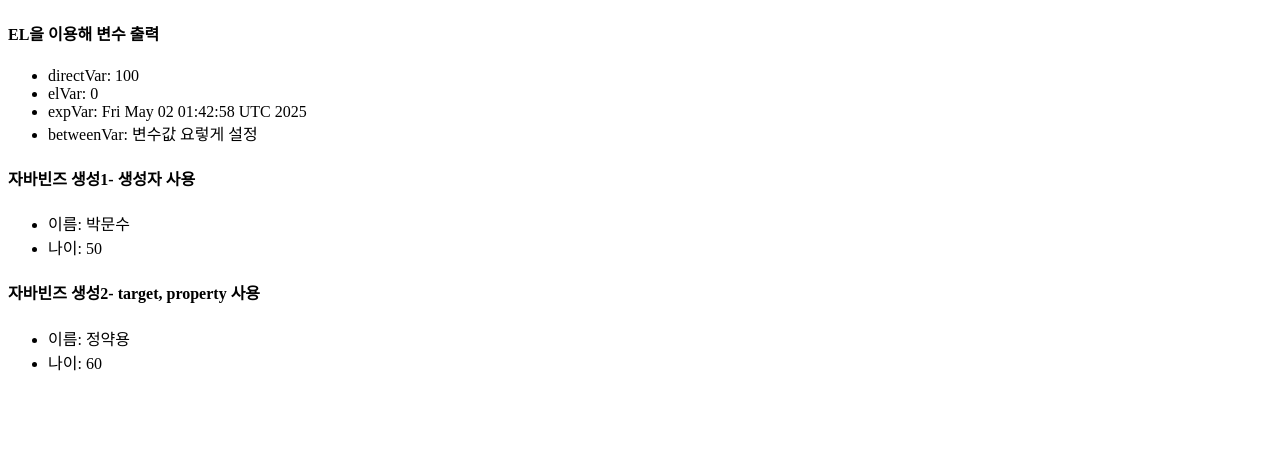
Repository: Motibidu/JSP_Servlet
Page: http://localhost/MushHaveJsp/11JSTL/core/Set1.jsp
An editor plug-in stored every save of this project. The page is shown before and after a run of saves, followed by the edit.
The browser window is 1280 px wide. The pictures show the whole page.
The page is served by Tomcat 10.

Above is the page before, as saved 2025-05-12 08:09:22.

After the next 2 saves:
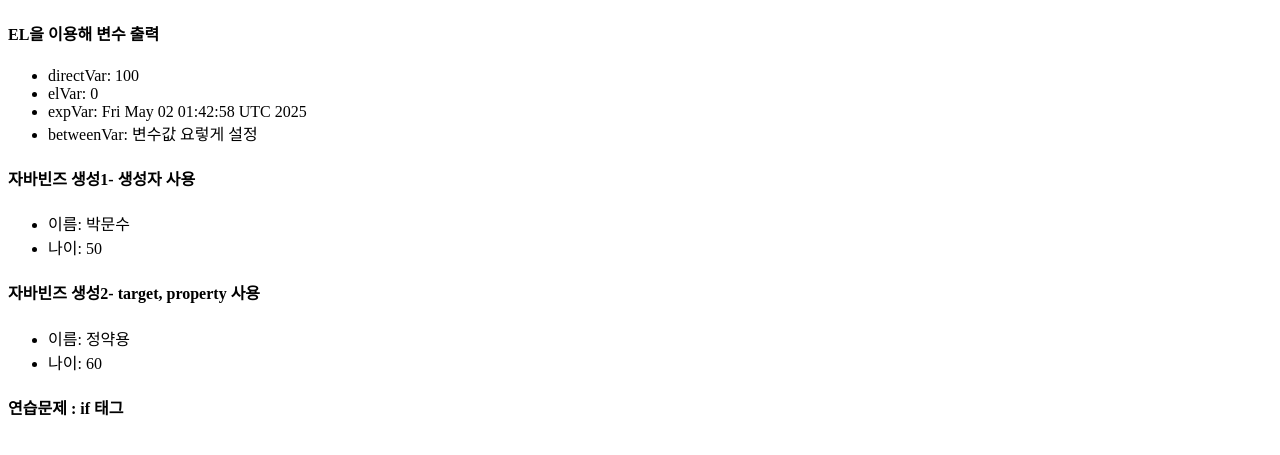
The 2 saves are shown as one change because they came seconds apart.
The last was saved 17 h 5 min later.
--- a/MushHaveJsp/src/main/webapp/11JSTL/core/Set1.jsp
+++ b/MushHaveJsp/src/main/webapp/11JSTL/core/Set1.jsp
@@ -39,5 +39,14 @@
 		<li>나이: ${ requestScope.personVar2.age }</li>
 	</ul>
 
+	<h4>연습문제 : if 태그</h4>
+	<!--
+    	아이디, 패스워드를 입력후 submit버튼을 누르면 EL식을 통해 파라미터를
+    	받은 후 musthave/1234인 경우에는 'musthave님, 반갑습니다~'이라고 출력한다.
+    	만약 틀렸다면 "아이디/비번을 확인하세요"라고 출력한다.
+    	EL과 JSTL의 if태그만을 이용해서 구현하시오.
+     -->
+
+
 </body>
 </html>
